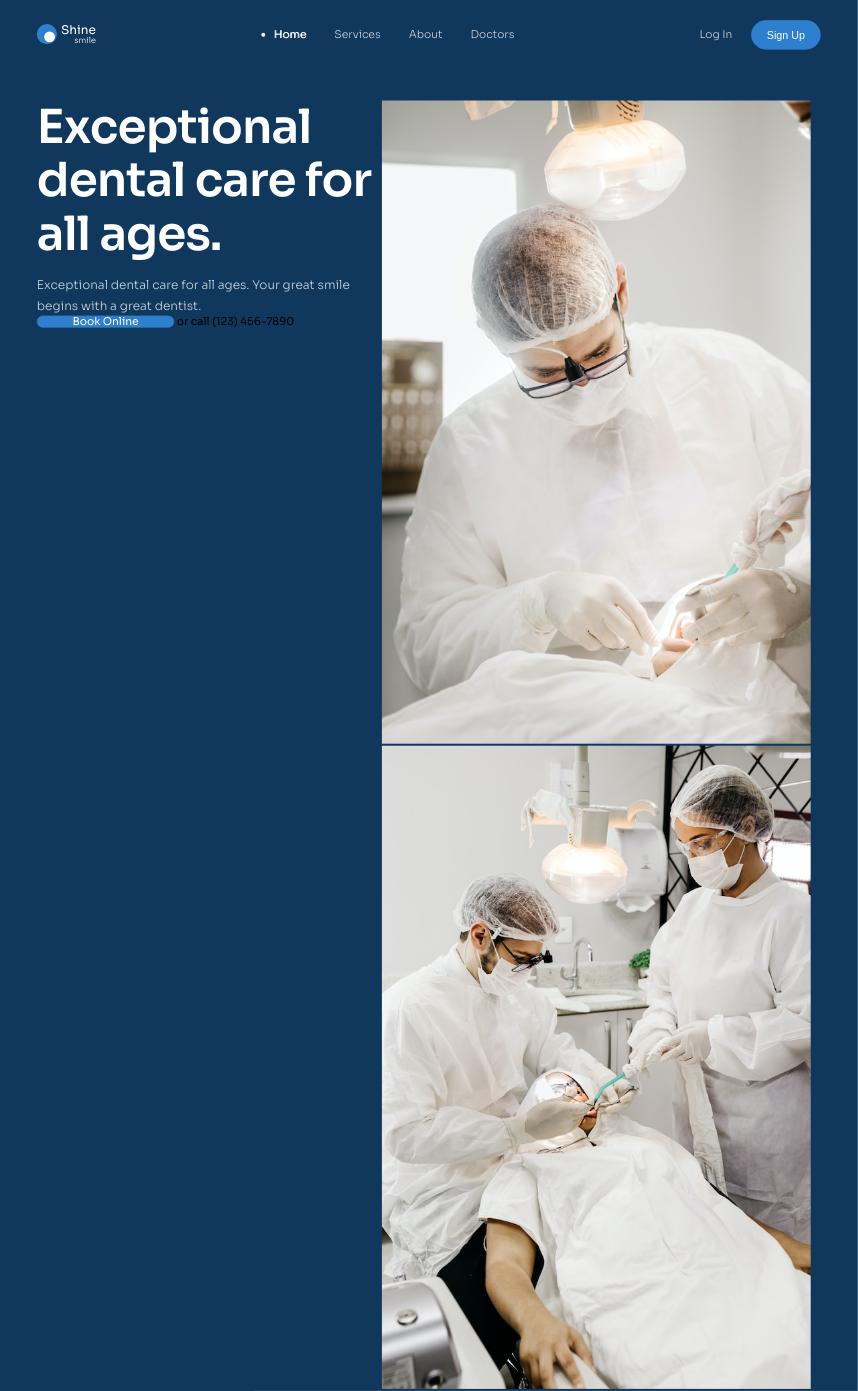
Repository: Tran-Dat/F8_Project_03
Page: index.html
An editor plug-in stored every save of this project. The page is shown before and after the next save, followed by the edit.
The browser window is 1280 px wide. The pictures show the whole page, at 67% of full size.

Above is the page before, as saved 2023-04-03 10:32:33.

### index.html
<!DOCTYPE html>
<html lang="en">
    <head>
        <meta charset="UTF-8" />
        <meta http-equiv="X-UA-Compatible" content="IE=edge" />
        <meta name="viewport" content="width=device-width, initial-scale=1.0" />
        <title>shine smile</title>

        <!-- Favicon -->
        <link rel="apple-touch-icon" sizes="57x57" href="./assets/favicon/" />
        <link
            rel="apple-touch-icon"
            sizes="60x60"
            href="./assets/favicon/apple-icon-60x60.png"
        />
        <link
            rel="apple-touch-icon"
            sizes="72x72"
            href="./assets/favicon/apple-icon-72x72.png"
        />
        <link
            rel="apple-touch-icon"
            sizes="76x76"
            href="./assets/favicon/apple-icon-76x76.png"
        />
        <link
            rel="apple-touch-icon"
            sizes="114x114"
            href="./assets/favicon/apple-icon-114x114.png"
        />
        <link
            rel="apple-touch-icon"
            sizes="120x120"
            href="./assets/favicon/apple-icon-120x120.png"
        />
        <link
            rel="apple-touch-icon"
            sizes="144x144"
            href="./assets/favicon/apple-icon-144x144.png"
        />
        <link
            rel="apple-touch-icon"
            sizes="152x152"
            href="./assets/favicon/apple-icon-152x152.png"
        />
        <link
            rel="apple-touch-icon"
            sizes="180x180"
            href="./assets/favicon/apple-icon-180x180.png"
        />
        <link
            rel="icon"
            type="image/png"
            sizes="192x192"
            href="./assets/favicon/android-icon-192x192.png"
        />
        <link
            rel="icon"
            type="image/png"
            sizes="32x32"
            href="./assets/favicon/favicon-32x32.png"
        />
        <link
            rel="icon"
            type="image/png"
            sizes="96x96"
            href="./assets/favicon/favicon-96x96.png"
        />
        <link
            rel="icon"
            type="image/png"
            sizes="16x16"
            href="./assets/favicon/favicon-16x16.png"
        />
        <link rel="manifest" href="./assets/favicon/manifest.json" />
        <meta name="msapplication-TileColor" content="#ffffff" />
        <meta
            name="msapplication-TileImage"
            content="./assets/favicon/ms-icon-144x144.png"
        />
        <meta name="theme-color" content="#ffffff" />

        <!-- Emmet Fonts -->
        <link rel="preconnect" href="https://fonts.googleapis.com" />
        <link rel="preconnect" href="https://fonts.gstatic.com" crossorigin />
        <link
            href="https://fonts.googleapis.com/css2?family=Sora:wght@300;400;500;600;700;800&display=swap"
            rel="stylesheet"
        />

        <!-- Reset Css -->
        <link rel="stylesheet" href="./assets/css/reset.css" />
        <link rel="stylesheet" href="./assets/css/style.css" />
    </head>
    <body>
        <header class="header">
            <div class="container">
                <!-- Header top -->
                <div class="header-top">
                    <!-- Logo -->
                    <a href="/">
                        <div class="logo">
                            <span class="logo__circle"> </span>
                            <span class="logo__text">
                                <span class="logo__brand">Shine</span>
                                <span class="logo__brand logo__brand--small">
                                    smile
                                </span>
                            </span>
                        </div>
                    </a>

                    <!-- NavBar -->
                    <nav class="navbar">
                        <ul class="navbar__list">
                            <li class="navbar__item">
                                <a
                                    href="#!"
                                    class="navbar__link navbar__item--active"
                                >
                                    Home
                                </a>
                            </li>
                            <li class="navbar__item">
                                <a href="#!" class="navbar__link">Services</a>
                            </li>
                            <li class="navbar__item">
                                <a href="#!" class="navbar__link">About</a>
                            </li>
                            <li class="navbar__item">
                                <a href="#!" class="navbar__link">Doctors</a>
                            </li>
                        </ul>
                    </nav>

                    <!-- Action -->
                    <div class="header-action">
                        <a href="" class="header-action__login">Log In</a>
                        <button href="" class="btn header-action__signup">
                            Sign Up
                        </button>
                    </div>
                </div>

                <!-- Hero -->
                <section class="hero">
                    <!-- Hero content -->
                    <section class="hero__content">
                        <h1 class="hero__heading">
                            Exceptional dental care for all ages.
                        </h1>
                        <p class="hero__desc">
                            Exceptional dental care for all ages. Your great
                            smile begins with a great dentist.
                        </p>
                        <div class="hero__row">
                            <a href="" class="btn">Book Online</a>
                            <span class="hero__phone"
                                >or call (123) 456-7890</span
                            >
                        </div>
                    </section>

                    <!-- Hero media -->
                    <div class="hero__media">
                        <figure class="hero__images">
                            <img
                                src="./assets/img/hero-01.jpg"
                                alt=""
                                class="hero__img"
                            />
                            <img
                                src="./assets/img/hero-02.jpg"
                                alt=""
                                class="hero__img"
                            />
                        </figure>
                    </div>
                </section>
            </div>
        </header>
    </body>
</html>

### assets/css/style.css
* {
    box-sizing: border-box;
}

:root {
    --header-bg: #10375c;
}

html {
    font-size: 62.5%;
}

body {
    font-size: 1.6rem;
    font-family: "Sora", sans-serif;
}

/* ================================================================ Common ================================================================ */

.btn {
    --heigh: 60px;

    display: inline-block;
    min-width: 205px;
    height: var(--height);
    padding: 0 20px;
    border-radius: 99px;
    border: 1px solid #2e80ce;
    font-size: 1.6rem;
    font-weight: 400;
    text-align: center;
    line-height: var(--height);
    color: #fff;
    background: #2e80ce;
}

.btn:hover {
    opacity: 0.9;
    cursor: pointer;
}

a {
    text-decoration: none;
}

.container {
    width: 1170px;
    max-width: calc(100% - 48px);
    margin: 0 auto;
}

/* ================================================================ Header ================================================================ */

.header {
    min-height: 100vh;
    background: var(--header-bg);
    padding-top: 30px;
}

.header-top {
    display: flex;
    justify-content: space-between;
    align-items: center;
}

.logo {
    display: inline-flex;
    position: relative;
    font-size: 1rem;
}

.logo__circle::before,
.logo__circle::after {
    content: "";
    display: inline-block;
    border-radius: 50%;
}

.logo__circle::before {
    width: 3em;
    height: 3em;
    background: #2e80ce;
}

.logo__circle::after {
    position: absolute;
    top: 1.1em;
    left: 1.1em;
    width: 1.6em;
    height: 1.6em;
    background: #fff;
}

.logo__text {
    margin-left: 0.6em;
    text-align: right;
    line-height: 1.6em;
}

.logo__brand {
    display: block;
    font-size: 1.8em;
    font-weight: 400;
    color: #fff;
}

.logo__brand--small {
    font-size: 1.2em;
    font-weight: 300;
}

.navbar__list {
    display: flex;
}

.header-action__login,
.navbar__link {
    padding: 4px 21px;
    font-weight: 300;
    font-size: 1.6rem;
    line-height: 1.75;
    color: #c9d2da;
}

.navbar__link:hover,
.navbar__item--active {
    text-shadow: 1px 0 0 currentColor;
    color: #fff;
}

.navbar__item--active::before {
    position: relative;
    left: -8px;
    top: -2px;
    content: "";
    display: inline-block;
    width: 6px;
    height: 6px;
    border-radius: 50%;
    background-color: #fff;
}

.header-action {
    display: flex;
    align-items: center;
}

.header-action__login {
    margin-right: 7px;
}

.header-action__signup {
    --height: 44px;
    height: var(--height);
    min-width: 104px;
}

/* ========================================== Hero =========================================== */

.hero {
    margin-top: 76px;
    display: flex;
}

.hero__content {
    flex-shrink: 0;
    width: 44%;
}

.hero__heading {
    font-weight: 600;
    font-size: 7rem;
    line-height: 1.14;
    letter-spacing: -0.02em;
    color: #ffffff;
}

.hero__desc {
    margin-top: 22px;
    font-weight: 300;
    font-size: 1.8rem;
    line-height: 1.67;
    color: #c9d2da;
}

.hero__media {
    flex-grow: 1;
}

Loaded but not shown: assets/css/reset.css (common file)

After the next save:
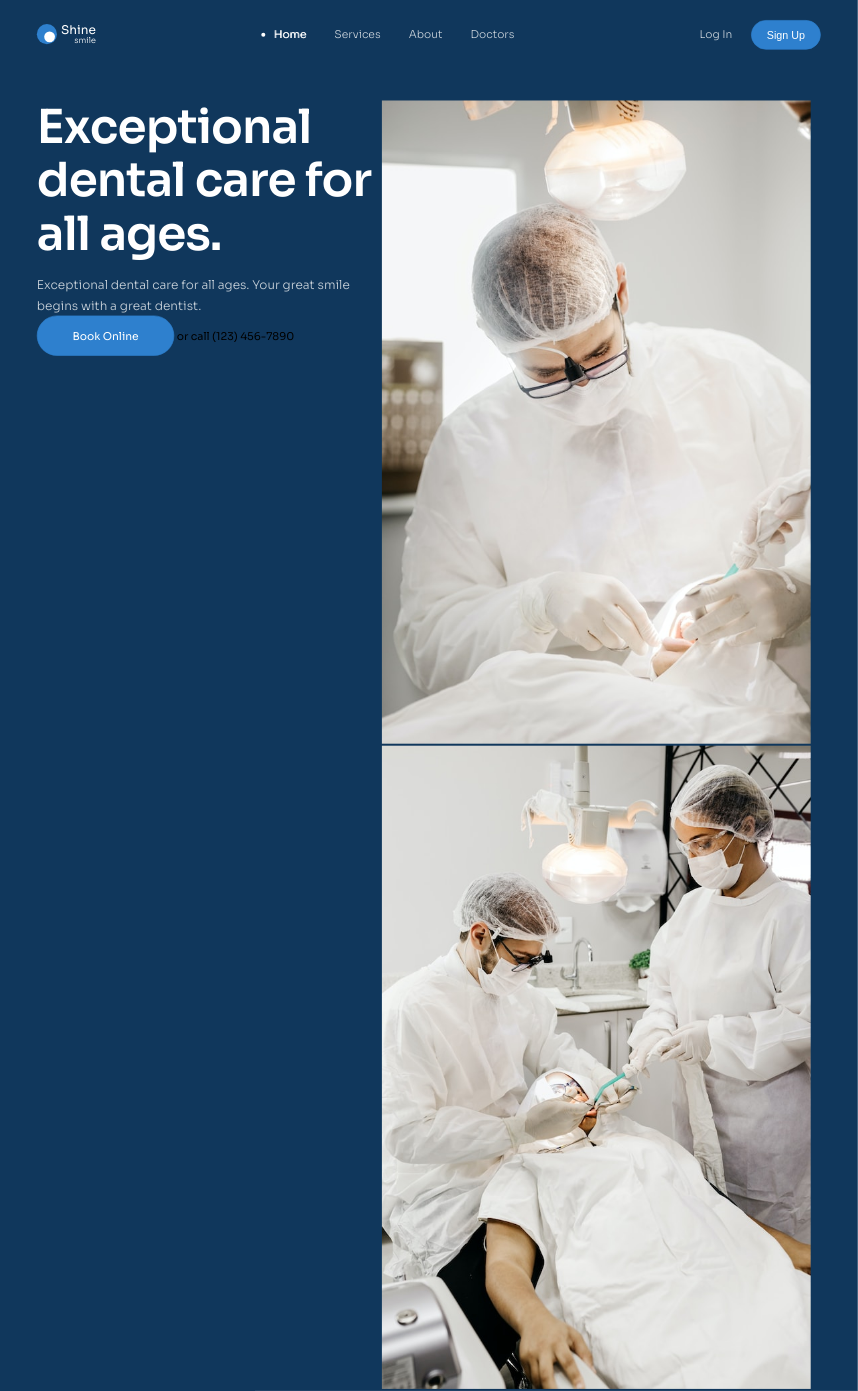
Saved 99 s later.
--- a/assets/css/style.css
+++ b/assets/css/style.css
@@ -18,7 +18,7 @@ body {
 /* ================================================================ Common ================================================================ */
 
 .btn {
-    --heigh: 60px;
+    --height: 60px;
 
     display: inline-block;
     min-width: 205px;
